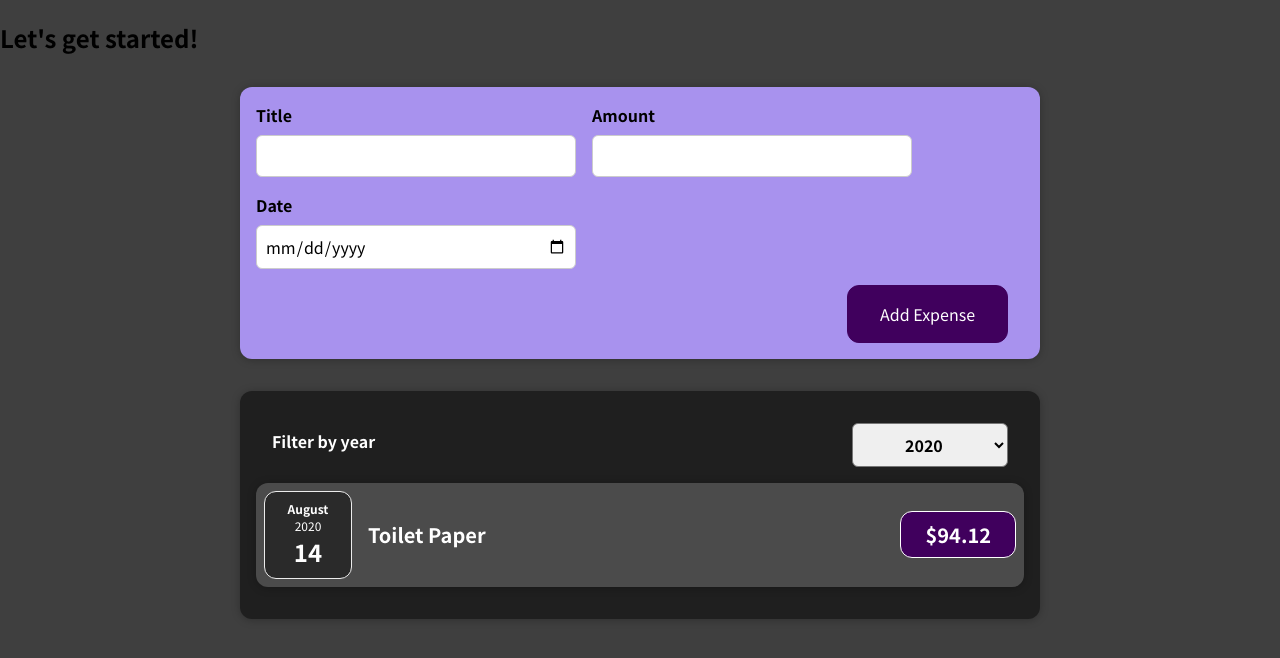
Repository: Dark-Developer93/react-complete-guide
Page: /, after clicking the first element matching `button`
An editor plug-in stored every save of this project. The page is shown before and after the next save, followed by the edit.
The browser window is 1280 px wide. The pictures show the whole page.
The project was rebuilt for these pictures with package versions that can differ from the ones it lists, and the page was loaded fresh each time.

Above is the page before, as saved 2022-11-05 08:56:04.

### src/App.js
import React, { useState } from "react";
import Expenses from "./components/Expenses/Expenses";
import NewExpense from "./components/NewExpense/NewExpense";

const IntialExpenses = [
  {
    id: "e1",
    title: "Toilet Paper",
    amount: 94.12,
    date: new Date(2020, 7, 14),
  },
  {
    id: "e2",
    title: "New TV",
    amount: 799.49,
    date: new Date(2021, 2, 12),
  },
  {
    id: "e3",
    title: "Car Insurance",
    amount: 294.67,
    date: new Date(2021, 2, 28),
  },
  {
    id: "e4",
    title: "New Desk (Wooden)",
    amount: 450,
    date: new Date(2021, 5, 12),
  },
];

const App = () => {
  const [expenses, SetExpenses] = useState(IntialExpenses);

  const addExpenseHandler = (expense) => {
    SetExpenses((prevExpenses) => {
      return [expense, ...prevExpenses];
    });
  };

  return (
    <div>
      <h2>Let's get started!</h2>
      <NewExpense onAddExpnese={addExpenseHandler} />
      <Expenses items={expenses} />
    </div>
  );
};

export default App;

### src/components/Expenses/Expenses.js
import React, { useState } from "react";

import "./Expenses.css";
import ExpenseItem from "./ExpenseItem";
import Card from "../UI/Card";
import ExpensesFilter from "./ExpensesFilter";

const Expenses = (props) => {
  const [filteredYear, setFilteredYear] = useState("2020");
  const filterChangeHandler = (selectedYear) => {
    setFilteredYear(selectedYear);
    console.log(selectedYear);
  };
  const filteredExpense = props.items.filter((expense) => {
    return expense.date.getFullYear().toString() === filteredYear;
  });
  return (
    <Card className="expenses">
      <ExpensesFilter
        onChangeFilter={filterChangeHandler}
        selected={filteredYear}
      />
      {filteredExpense.length === 0 ? (
        <p>No expenses found. </p>
      ) : (
        filteredExpense.map((expense) => (
          <ExpenseItem
            key={expense.id}
            title={expense.title}
            amount={expense.amount}
            date={expense.date}
          />
        ))
      )}
    </Card>
  );
};

export default Expenses;

### src/components/NewExpense/NewExpense.js
import React from "react";
import "./NewExpense.css";
import ExpenseForm from "./ExpenseForm";

const NewExpense = (props) => {
  const saveExpenseDataHandler = (enteredExpenseData) => {
    const expenseData = {
      ...enteredExpenseData,
      id: Math.random().toString(),
    };
    props.onAddExpnese(expenseData);
  };
  return (
    <div className="new-expense">
      <ExpenseForm onSaveExpenseDate={saveExpenseDataHandler} />
    </div>
  );
};

export default NewExpense;

### src/components/Expenses/ExpenseItem.js
import "./ExpenseItem.css";
import ExpenseDate from "./ExpenseDate";
import Card from "../UI/Card";

const ExpenseItem = (props) => {
  const { title, amount, date } = props;
  return (
    <Card className="expense-item">
      <ExpenseDate date={date} />
      <div className="expense-item__description">
        <h2>{title}</h2>
        <div className="expense-item__price">${amount}</div>
      </div>
    </Card>
  );
};

export default ExpenseItem;

### src/components/Expenses/ExpensesFilter.js
import React from "react";

import "./ExpensesFilter.css";

const ExpensesFilter = (props) => {
  const dropDownChangeHandler = (e) => {
    // console.log(e.target.value);
    props.onChangeFilter(e.target.value);
  };
  return (
    <div className="expenses-filter">
      <div className="expenses-filter__control">
        <label>Filter by year</label>
        <select onChange={dropDownChangeHandler} value={props.selected}>
          <option value="2022">2022</option>
          <option value="2021">2021</option>
          <option value="2020">2020</option>
          <option value="2019">2019</option>
        </select>
      </div>
    </div>
  );
};

export default ExpensesFilter;

### src/components/NewExpense/NewExpense.css
.new-expense {
  background-color: #a892ee;
  padding: 1rem;
  margin: 2rem auto;
  width: 50rem;
  max-width: 95%;
  border-radius: 12px;
  text-align: center;
  box-shadow: 0 1px 8px rgba(0, 0, 0, 0.25);
}

.new-expense button {
  font: inherit;
  cursor: pointer;
  padding: 1rem 2rem;
  border: 1px solid #40005d;
  background-color: #40005d;
  color: white;
  border-radius: 12px;
  margin-right: 1rem;
}

.new-expense button:hover,
.new-expense button:active {
  background-color: #510674;
  border-color: #510674;
}

.new-expense button.alternative {
  color: #220131;
  border-color: transparent;
  background-color: transparent;
}

.new-expense button.alternative:hover,
.new-expense button.alternative:active {
  background-color: #ddb3f8;
}

### src/components/NewExpense/ExpenseForm.js
import React, { useState } from "react";
import "./ExpenseForm.css";

const ExpenseForm = (props) => {
  const [enteredTitle, setEnteredTitle] = useState("");
  const [enteredAmount, setEnteredAmount] = useState("");
  const [enteredDate, setEnteredDate] = useState("");
  // const [userInput, setUserInput] = useState({
  //   enteredTitle: "",
  //   enteredAmount: "",
  //   enteredDate: "",
  // });
  const titleChangeHandler = (e) => {
    setEnteredTitle(e.target.value);
    // setUserInput((prevState) => {
    //   return { ...prevState, enteredTitle: e.target.value };
    // });
  };
  const amountChangeHandler = (e) => {
    setEnteredAmount(e.target.value);
    // setUserInput((prevState) => {
    //   return { ...prevState, enteredAmount: e.target.value };
    // });
  };
  const dateChangeHandler = (e) => {
    setEnteredDate(e.target.value);
    // setUserInput((prevState) => {
    //   return { ...prevState, enteredDate: e.target.value };
    // });
  };
  const submitHandler = (e) => {
    e.preventDefault();
    const enteredData = {
      title: enteredTitle,
      amount: enteredAmount,
      date: new Date(enteredDate),
    };
    props.onSaveExpenseDate(enteredData);
    setEnteredTitle("");
    setEnteredAmount("");
    setEnteredDate("");
  };
  return (
    <form onSubmit={submitHandler}>
      <div className="new-expense__controls">
        <div className="new-expense__control">
          <label>Title</label>
          <input
            type="text"
            onChange={titleChangeHandler}
            value={enteredTitle}
          />
        </div>
        <div className="new-expense__control">
          <label>Amount</label>
          <input
            type="number"
            min="0.01"
            step="0.01"
            onChange={amountChangeHandler}
            value={enteredAmount}
          />
        </div>
        <div className="new-expense__control">
          <label>Date</label>
          <input
            type="date"
            min="2019-01-01"
            max="2022-12-31"
            onChange={dateChangeHandler}
            value={enteredDate}
          />
        </div>
      </div>
      <div className="new-expense__actions">
        <button type="submit">Add Expense</button>
      </div>
    </form>
  );
};

export default ExpenseForm;

### src/components/Expenses/ExpenseItem.css
.expense-item {
  display: flex;
  justify-content: space-between;
  align-items: center;
  padding: 0.5rem;
  margin: 1rem 0;
  background-color: #4b4b4b;
}

.expense-item__description {
  display: flex;
  flex-direction: column;
  gap: 1rem;
  align-items: flex-end;
  flex-flow: column-reverse;
  justify-content: flex-start;
  flex: 1;
}

.expense-item h2 {
  color: #3a3a3a;
  font-size: 1rem;
  flex: 1;
  margin: 0 1rem;
  color: white;
}

.expense-item__price {
  font-size: 1rem;
  font-weight: bold;
  color: white;
  background-color: #40005d;
  border: 1px solid white;
  padding: 0.5rem;
  border-radius: 12px;
}

@media (min-width: 580px) {
  .expense-item__description {
    flex-direction: row;
    align-items: center;
    justify-content: flex-start;
    flex: 1;
  }

  .expense-item__description h2 {
    font-size: 1.25rem;
  }

  .expense-item__price {
    font-size: 1.25rem;
    padding: 0.5rem 1.5rem;
  }
}

### src/components/Expenses/ExpenseDate.js
import "./ExpenseDate.css";
const ExpenseDate = (props) => {
  const month = props.date.toLocaleDateString("en-US", { month: "long" });
  const year = props.date.getFullYear();
  const day = props.date.toLocaleDateString("en-US", { day: "numeric" });
  return (
    <div className="expense-date">
      <div className="expense-date__month">{month}</div>
      <div className="expense-date__year">{year}</div>
      <div className="expense-date__day">{day}</div>
    </div>
  );
};

export default ExpenseDate;

Loaded but not shown: public/index.html (common file); src/index.js (common file); src/index.css (common file); src/components/Expenses/Expenses.css (common file); src/components/UI/Card.js (common file); src/components/UI/Card.css (common file); src/components/Expenses/ExpensesFilter.css (common file); src/components/NewExpense/ExpenseForm.css (common file); src/components/Expenses/ExpenseDate.css (common file)

After the next save:
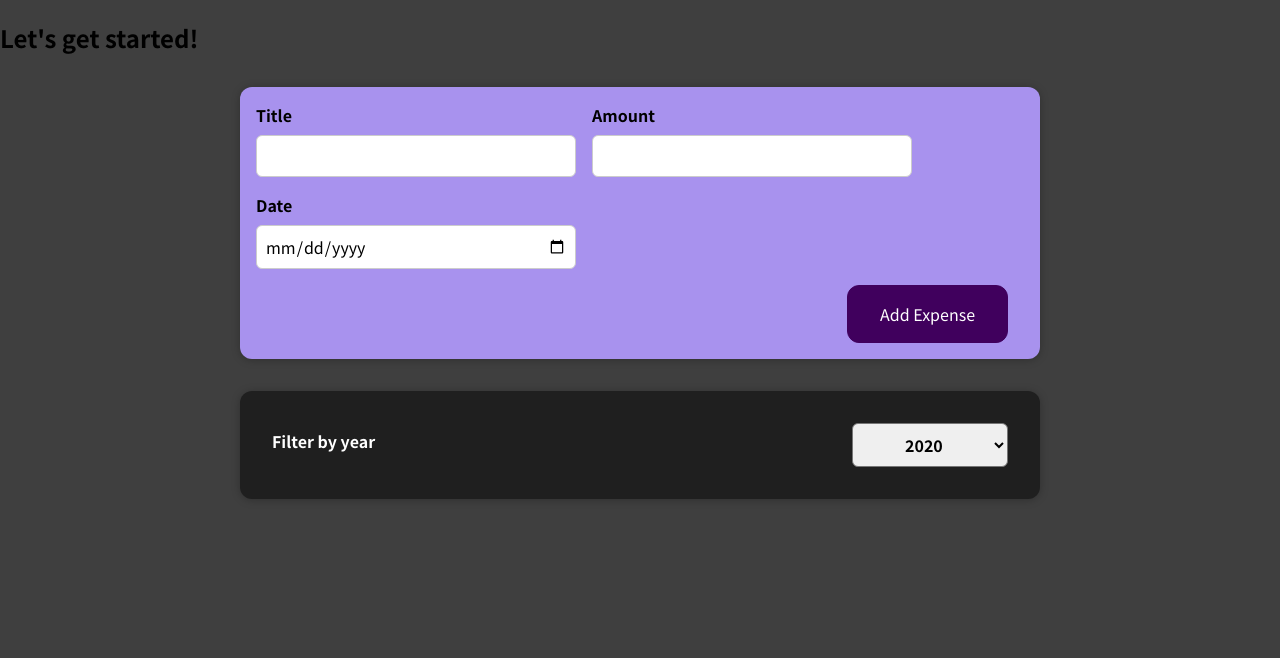
Saved 4 min 26 s later.
--- a/src/components/Expenses/Expenses.js
+++ b/src/components/Expenses/Expenses.js
@@ -20,9 +20,8 @@
         onChangeFilter={filterChangeHandler}
         selected={filteredYear}
       />
-      {filteredExpense.length === 0 ? (
-        <p>No expenses found. </p>
-      ) : (
+      {filteredExpense.length === 0 && <p>No expenses found. </p>}
+      {filteredExpense.length === 0 &&
         filteredExpense.map((expense) => (
           <ExpenseItem
             key={expense.id}
@@ -30,8 +29,7 @@
             amount={expense.amount}
             date={expense.date}
           />
-        ))
-      )}
+        ))}
     </Card>
   );
 };

After the save that followed:
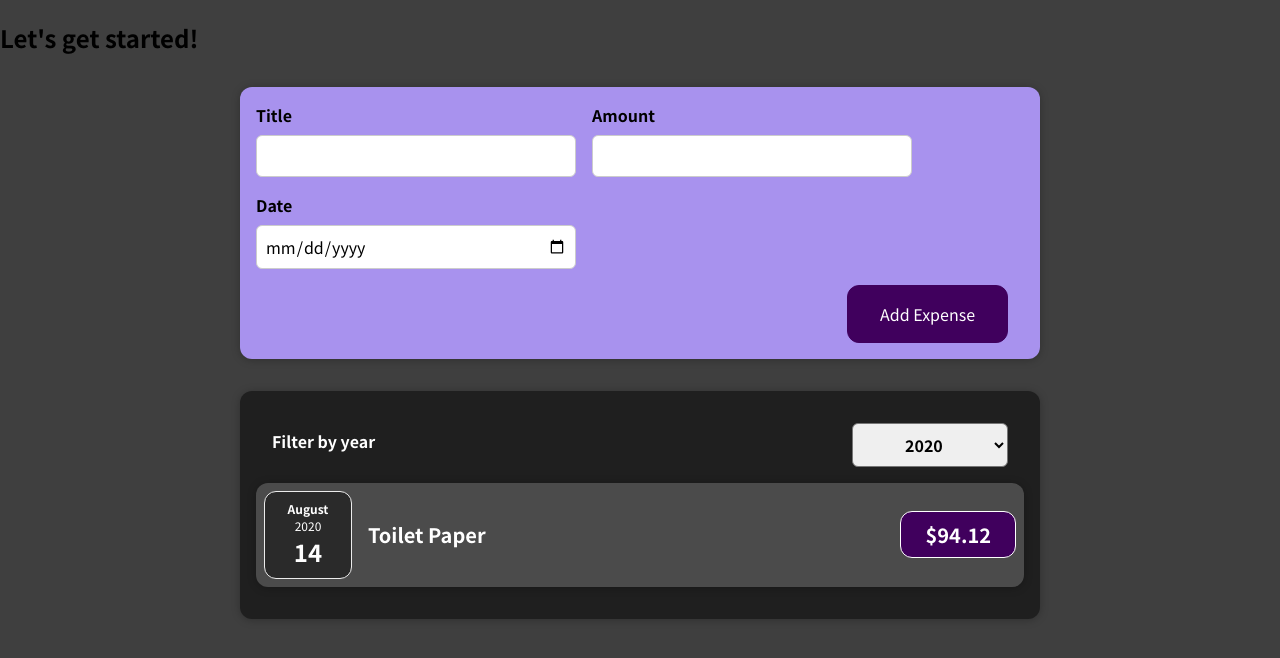
Saved 9 s later.
--- a/src/components/Expenses/Expenses.js
+++ b/src/components/Expenses/Expenses.js
@@ -21,7 +21,7 @@
         selected={filteredYear}
       />
       {filteredExpense.length === 0 && <p>No expenses found. </p>}
-      {filteredExpense.length === 0 &&
+      {filteredExpense.length > 0 &&
         filteredExpense.map((expense) => (
           <ExpenseItem
             key={expense.id}
